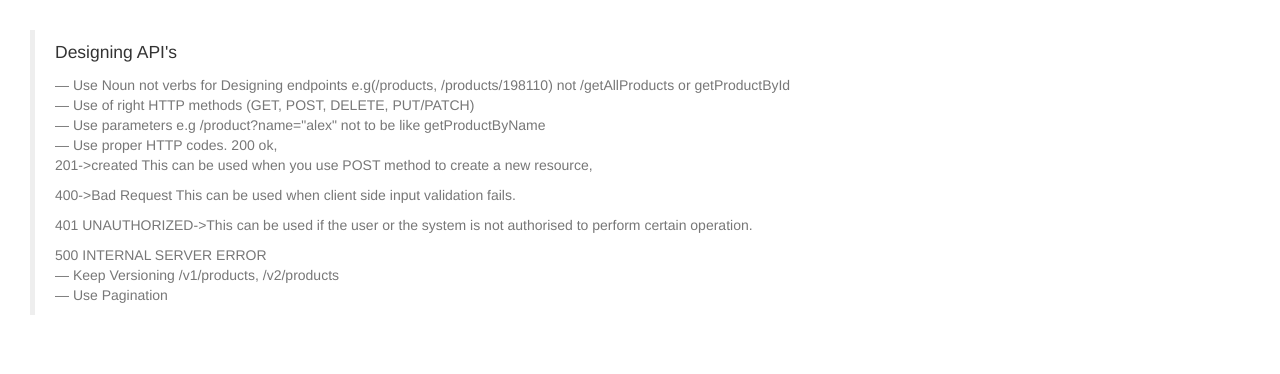
Repository: rahil001/preparation
Page: javascriptPrac/ApiDesign.html
These files come from the project's save history. The page is drawn as it stood at one moment and after the next save; the edit follows.
The browser window is 1280 px wide. The pictures show the whole page.

Above is the page before, as saved 2019-10-29 22:36:16.

### javascriptPrac/ApiDesign.html
<!DOCTYPE html>
<html lang="en">
<head>
    <meta charset="UTF-8">
    <title>getting started with javascript</title>
    <link rel="stylesheet" href="https://maxcdn.bootstrapcdn.com/bootstrap/3.3.7/css/bootstrap.min.css  ">
    <style>
        body, .jumbotron{
            padding: 30px;
        }
        .text-giant{
            font-size: 40px;
        }
        .singleT {
            margin-top: 40px;
        }
    </style>
</head>
<body>
<div class>
    <blockquote class="blockquote">
        <p class="mb-0">Designing API's</p>
        <footer class="blockquote-footer">Use Noun not verbs for Designing endpoints e.g(/products, /products/198110) not /getAllProducts or getProductById</footer>
        <footer class="blockquote-footer">Use of right HTTP methods (GET, POST, DELETE, PUT/PATCH)</footer>
        <footer class="blockquote-footer">Use parameters e.g /product?name="alex" not to be like getProductByName</footer>
        <footer class="blockquote-footer">Use proper HTTP codes. 200 ok,
            <p>201->created This can be used when you use POST method to create a new resource,</p>
            <p>400->Bad Request This can be used when client side input validation fails.</p>
            <p>401 UNAUTHORIZED->This can be used if the user or the system is not authorised to perform certain operation.</p>
            <p>500 INTERNAL SERVER ERROR</p>
        </footer>
        <footer class="blockquote-footer">Keep Versioning /v1/products, /v2/products</footer>
        <footer class="blockquote-footer">Use Pagination</footer>
    </blockquote>
</div>
<script src="app.js"></script>
</body>
</html>

Loaded but not shown: javascriptPrac/app.js (no copy from this time; the picture is the same without it)

After the next save:
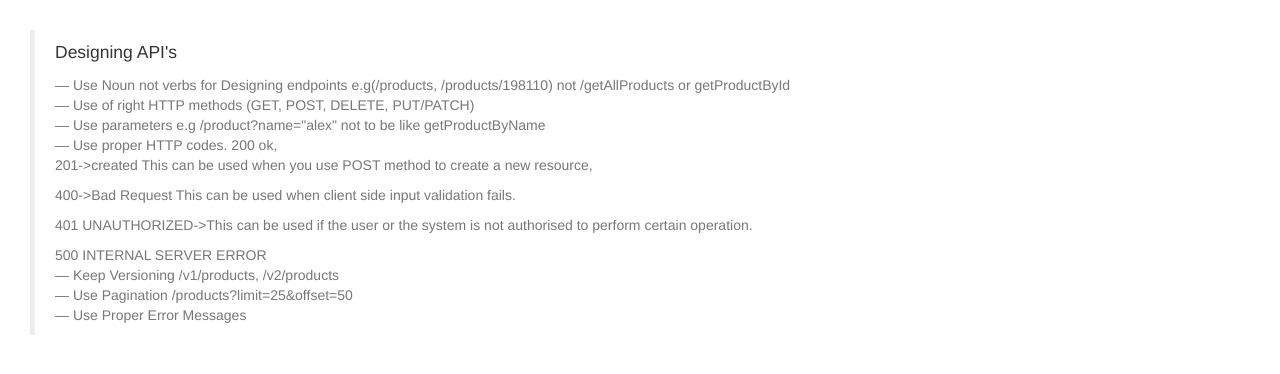
Saved 42 s later.
--- a/javascriptPrac/ApiDesign.html
+++ b/javascriptPrac/ApiDesign.html
@@ -30,7 +30,8 @@
             <p>500 INTERNAL SERVER ERROR</p>
         </footer>
         <footer class="blockquote-footer">Keep Versioning /v1/products, /v2/products</footer>
-        <footer class="blockquote-footer">Use Pagination</footer>
+        <footer class="blockquote-footer">Use Pagination /products?limit=25&offset=50 </footer>
+        <footer class="blockquote-footer">Use Proper Error Messages</footer>
     </blockquote>
 </div>
 <script src="app.js"></script>
